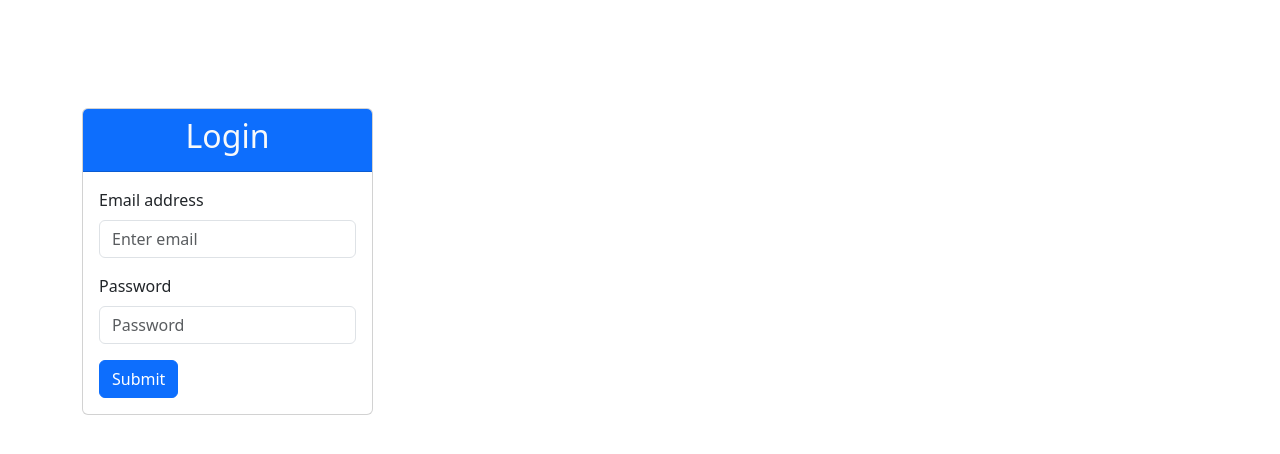
Repository: trider/react-task-app
Page: /
An editor plug-in stored every save of this project. The page is shown before and after the next save, followed by the edit.
The browser window is 1280 px wide. The pictures show the whole page.
The project was rebuilt for these pictures with package versions that can differ from the ones it lists, and the page was loaded fresh each time.

Above is the page before, as saved 2024-05-02 16:13:59.

### src/App.js

import 'bootstrap/dist/css/bootstrap.min.css';
import Container from 'react-bootstrap/Container';



import LoginForm from "./pages/Login";



let App = () => {
  return (
    <div className='mx-auto p-2' style={{marginTop:'100px'}}>
       <Container fluid className='container-lg d-lg-flex'>
          <LoginForm />
       </Container>

    </div>


  );
}


export default App;

### src/pages/Login.js

import Button from 'react-bootstrap/Button';
import Form from 'react-bootstrap/Form';
import Card from 'react-bootstrap/Card';





const LoginForm =()=> {
  return (
  <Card className='card-sm'>
    <Card.Header className='bg-primary text-light text-center' >
      <h2>Login</h2>
    </Card.Header>
    <Card.Body>
    <Form>
      <Form.Group className="mb-3" controlId="formBasicEmail">
        <Form.Label>Email address</Form.Label>
        <Form.Control type="email" placeholder="Enter email" />
      </Form.Group>

      <Form.Group className="mb-3" controlId="formBasicPassword">
        <Form.Label>Password</Form.Label>
        <Form.Control type="password" placeholder="Password" />
      </Form.Group>

      <Button variant="primary" type="submit">
        Submit
      </Button>
    </Form>
    </Card.Body>
  </Card>

  );
}

export default LoginForm;

Loaded but not shown: public/index.html (common file); src/index.js (common file); src/index.css (common file); src/reportWebVitals.js (common file)

After the next save:
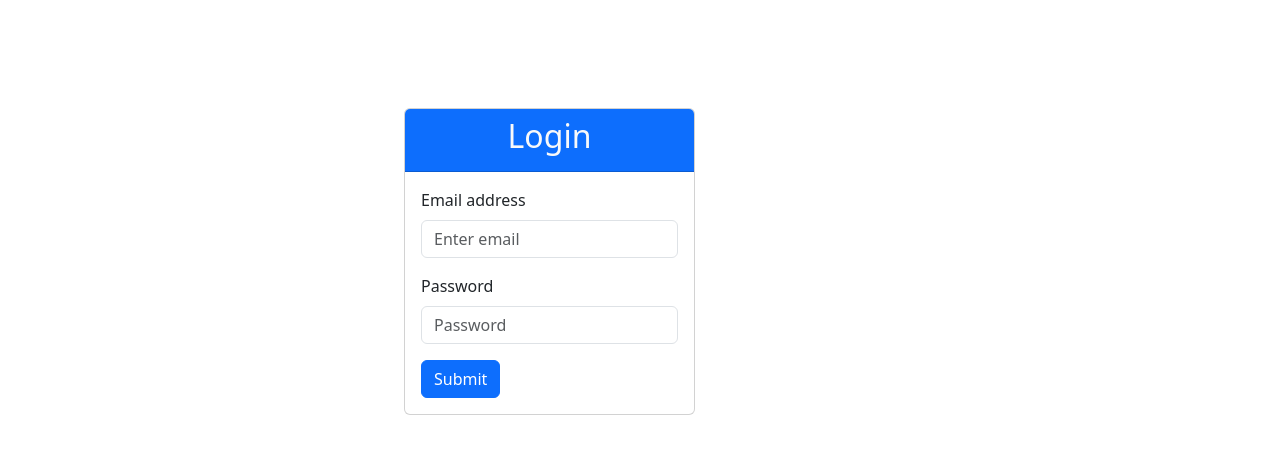
Saved 27 s later.
--- a/src/App.js
+++ b/src/App.js
@@ -10,7 +10,7 @@ import LoginForm from "./pages/Login";
 
 let App = () => {
   return (
-    <div className='mx-auto p-2' style={{marginTop:'100px'}}>
+    <div className='mx-auto p-2' style={{marginTop:'100px',width:'40%'}}>
        <Container fluid className='container-lg d-lg-flex'>
           <LoginForm />
        </Container>
